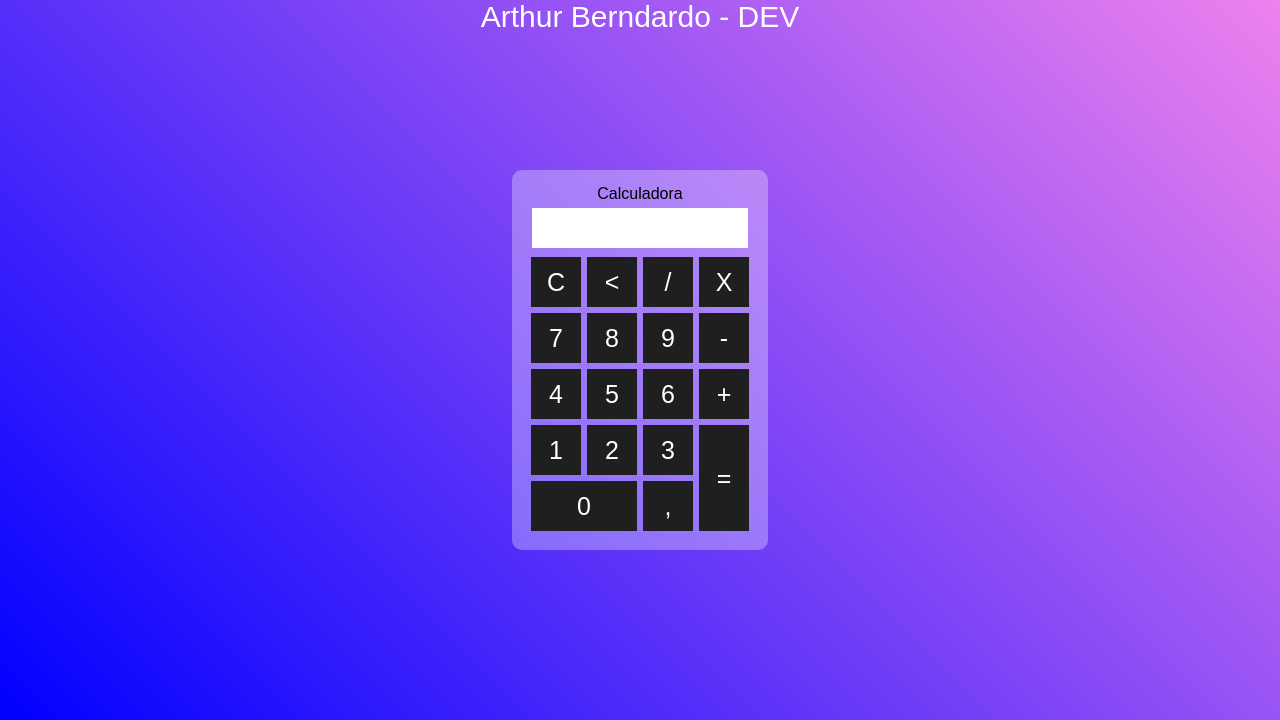
Repository: oThurDev/calculadora
Page: calculadora.html
The author's editor kept a copy of each file at every save. The page is drawn from the files as they stood at one save, then again after the next save.
The browser window is 1280 px wide. The pictures show the whole page.

Above is the page before, as saved 2022-02-25 16:37:36.

After the next save:
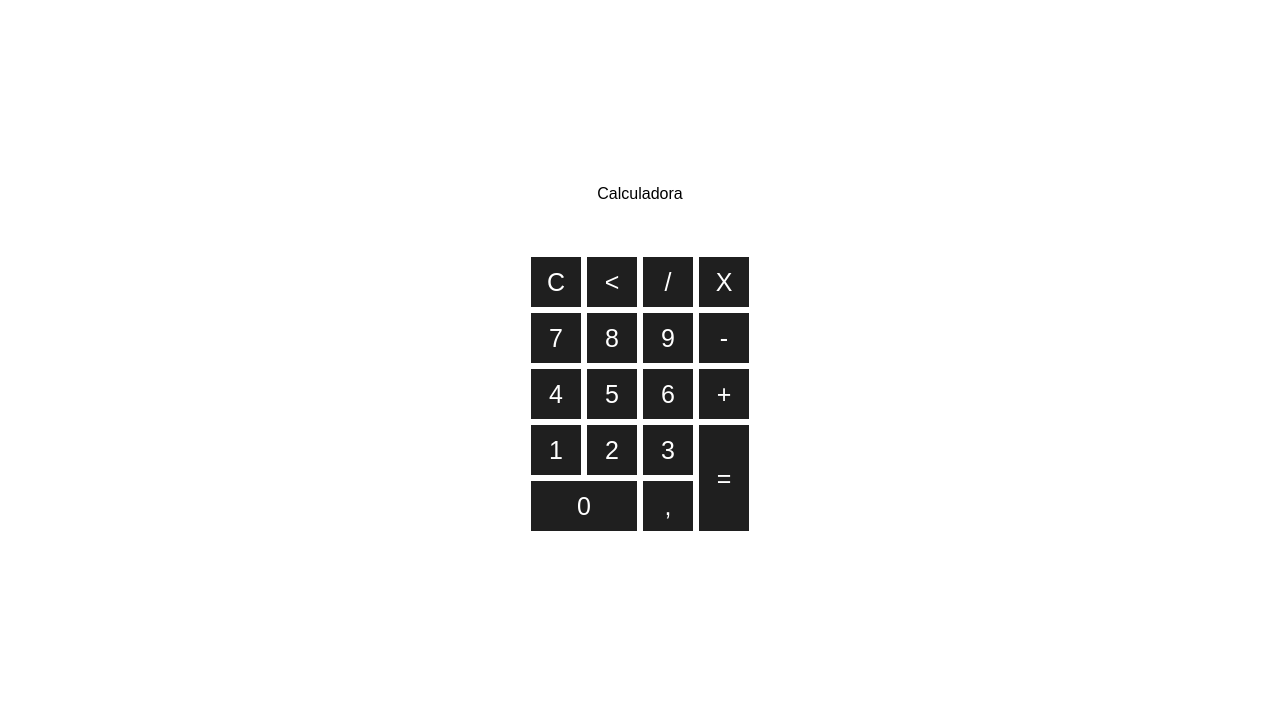
Saved 57 s later.
--- a/style_calculadora.css
+++ b/style_calculadora.css
@@ -4,7 +4,7 @@
 }
 
 .fundo{
-    background-image: linear-gradient(45deg, blue, violet);
+    background-image: linear-gradient(45deg, rgb(77, 77, 252)), cian;
     height: 100vh;
     color: black;
     font-family: Arial, Helvetica, sans-serif;
